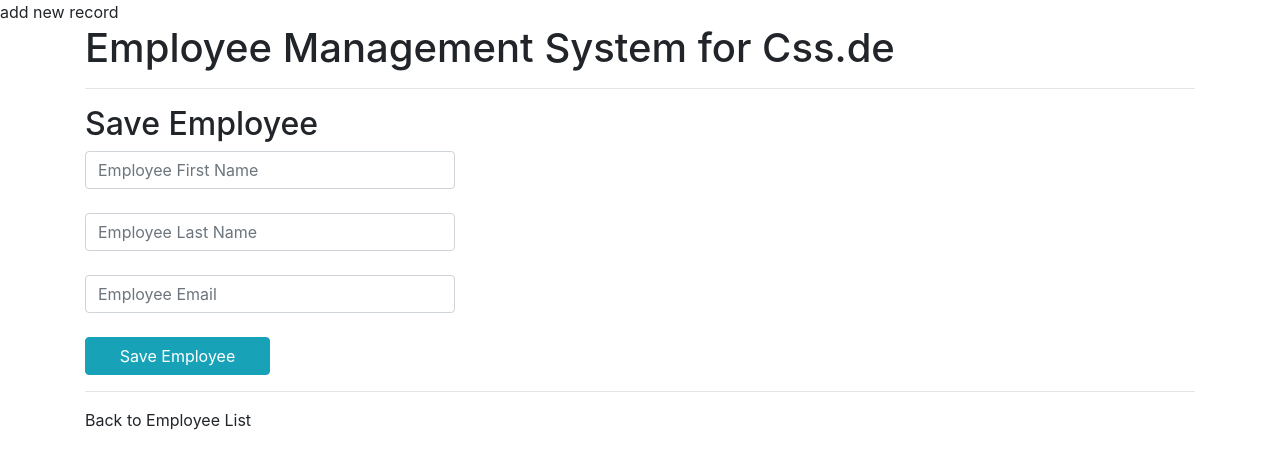
Repository: Len2/Topic4
Page: src/main/resources/templates/newIdCard.html
An editor plug-in stored every save of this project. The page is shown before and after the next save, followed by the edit.
The browser window is 1280 px wide. The pictures show the whole page.

Above is the page before, as saved 2020-09-06 15:45:45.

### src/main/resources/templates/newIdCard.html
add new record<!DOCTYPE html>
<html lang="en" xmlns:th="http://www.thymeleaf.org">
<head>
<meta charset="ISO-8859-1">
<title>Employee Management System for Css.de</title>
<link rel="stylesheet"
	href="https://stackpath.bootstrapcdn.com/bootstrap/4.1.3/css/bootstrap.min.css"
	integrity="sha384-MCw98/SFnGE8fJT3GXwEOngsV7Zt27NXFoaoApmYm81iuXoPkFOJwJ8ERdknLPMO"
	crossorigin="anonymous">
</head>
<body>
	<div class="container">
		<h1>Employee Management System for Css.de</h1>
		<hr>
		<h2>Save Employee</h2>

		<form action="#" th:action="@{/saveEmployee}" th:object="${employee}"
			method="POST">
			<input type="text" th:field="*{firstName}"
				placeholder="Employee First Name" class="form-control mb-4 col-4">

				<input type="text" th:field="*{lastName}"
				placeholder="Employee Last Name" class="form-control mb-4 col-4">

				<input type="text" th:field="*{email}"
				placeholder="Employee Email" class="form-control mb-4 col-4">

				<button type="submit" class="btn btn-info col-2"> Save Employee</button>
		</form>

		<hr>

		<a th:href = "@{/}"> Back to Employee List</a>
	</div>
</body>
</html>

After the next save:
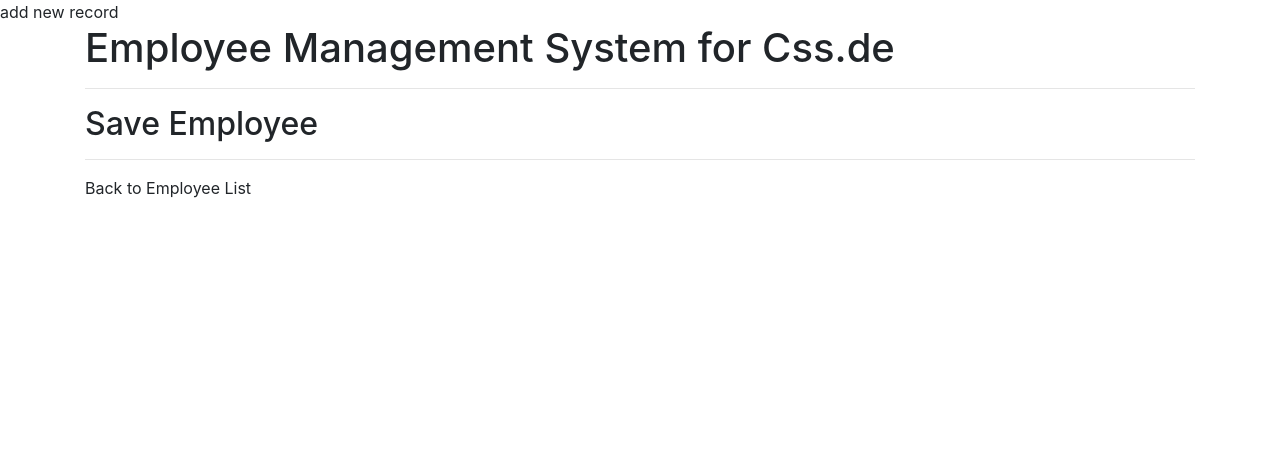
Saved 104 s later.
--- a/src/main/resources/templates/newIdCard.html
+++ b/src/main/resources/templates/newIdCard.html
@@ -14,7 +14,7 @@
 		<hr>
 		<h2>Save Employee</h2>
 
-		<form action="#" th:action="@{/saveEmployee}" th:object="${employee}"
+		<!-- <form action="#" th:action="@{/saveEmployee}" th:object="${employee}"
 			method="POST">
 			<input type="text" th:field="*{firstName}"
 				placeholder="Employee First Name" class="form-control mb-4 col-4">
@@ -26,7 +26,7 @@
 				placeholder="Employee Email" class="form-control mb-4 col-4">
 
 				<button type="submit" class="btn btn-info col-2"> Save Employee</button>
-		</form>
+		</form> -->
 
 		<hr>
 

After the save that followed:
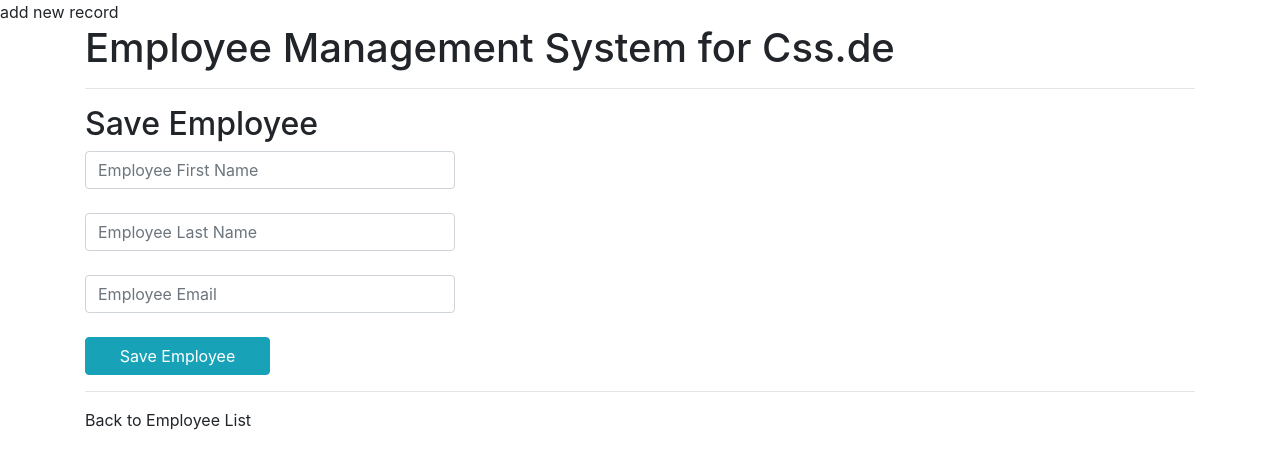
Saved 33 s later.
--- a/src/main/resources/templates/newIdCard.html
+++ b/src/main/resources/templates/newIdCard.html
@@ -14,7 +14,7 @@
 		<hr>
 		<h2>Save Employee</h2>
 
-		<!-- <form action="#" th:action="@{/saveEmployee}" th:object="${employee}"
+		<form action="#" th:action="@{/saveEmployee}" th:object="${employee}"
 			method="POST">
 			<input type="text" th:field="*{firstName}"
 				placeholder="Employee First Name" class="form-control mb-4 col-4">
@@ -26,7 +26,7 @@
 				placeholder="Employee Email" class="form-control mb-4 col-4">
 
 				<button type="submit" class="btn btn-info col-2"> Save Employee</button>
-		</form> -->
+		</form>
 
 		<hr>
 
